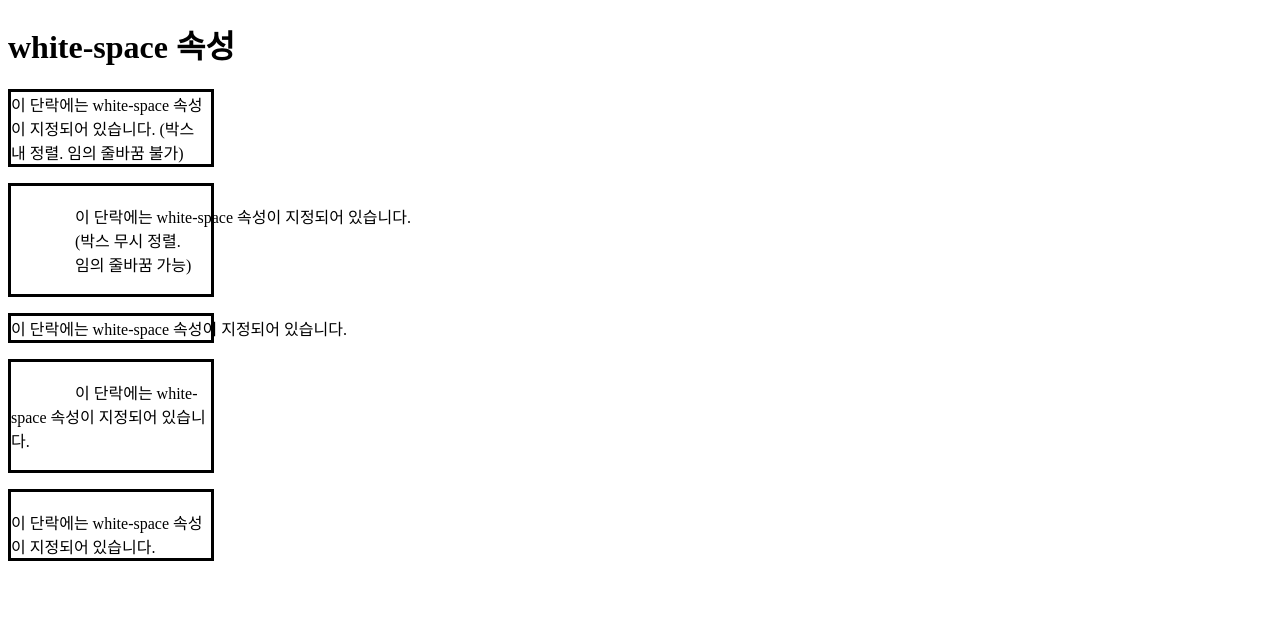
Repository: cussip/SuperHands
Page: WebExam/src/main/webapp/css/fonts/text/white-space.html
An editor plug-in stored every save of this project. The page is shown before and after a run of saves, followed by the edit.
The browser window is 1280 px wide. The pictures show the whole page.

Above is the page before, as saved 2022-01-31 02:33:25.

### WebExam/src/main/webapp/css/fonts/text/white-space.html
<!DOCTYPE html>
<html>
<head>
	<meta charset="UTF-8">
	<title>white-space.html</title>
	<style>
		p {
			width : 	200px ;
			border :	3px solid #000 ;
		}
		.normal 	{ white-space : normal ; }
		.pre 		{ white-space : pre ; }
		.nowrap 	{ white-space : nowrap ; }
		.pre-wrap 	{ white-space : pre-wrap ; }
		.pre-line 	{ white-space : pre-line ; }
	</style>
</head>
<body>
	<!-- 텍스트의 공백과 줄바꿈의 처리 방법을 지정한다. -->
	<h1>white-space 속성</h1>
	<p class="normal">
		이 단락에는 white-space 속성이 지정되어 있습니다.
		(박스 내 정렬.
		임의 줄바꿈 불가)
	</p>
	<p class="pre">
		이 단락에는 white-space 속성이 지정되어 있습니다.
		(박스 무시 정렬.
		임의 줄바꿈 가능)
	</p>
	<p class="nowrap">
		이 단락에는      white-space     속성이 지정되어 있습니다.
	</p>
	<p class="pre-wrap">
		이 단락에는 white-space 속성이 지정되어 있습니다.
	</p>
	<p class="pre-line">
		이 단락에는 white-space 속성이 지정되어 있습니다.
	</p>
</body>
</html>

After the next 2 saves:
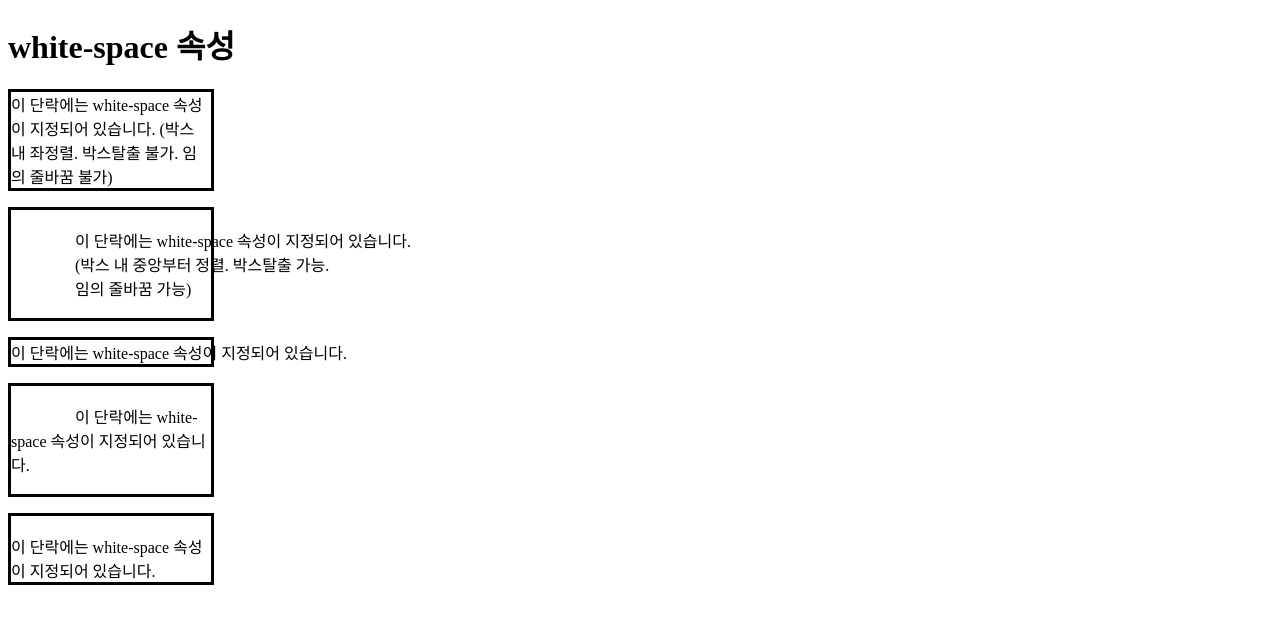
The 2 saves are shown as one change because they came seconds apart.
The last was saved 45 s later.
--- a/WebExam/src/main/webapp/css/fonts/text/white-space.html
+++ b/WebExam/src/main/webapp/css/fonts/text/white-space.html
@@ -20,12 +20,12 @@
 	<h1>white-space 속성</h1>
 	<p class="normal">
 		이 단락에는 white-space 속성이 지정되어 있습니다.
-		(박스 내 정렬.
+		(박스 내 좌정렬. 박스탈출 불가.
 		임의 줄바꿈 불가)
 	</p>
 	<p class="pre">
 		이 단락에는 white-space 속성이 지정되어 있습니다.
-		(박스 무시 정렬.
+		(박스 내 중앙부터 정렬. 박스탈출 가능.
 		임의 줄바꿈 가능)
 	</p>
 	<p class="nowrap">
